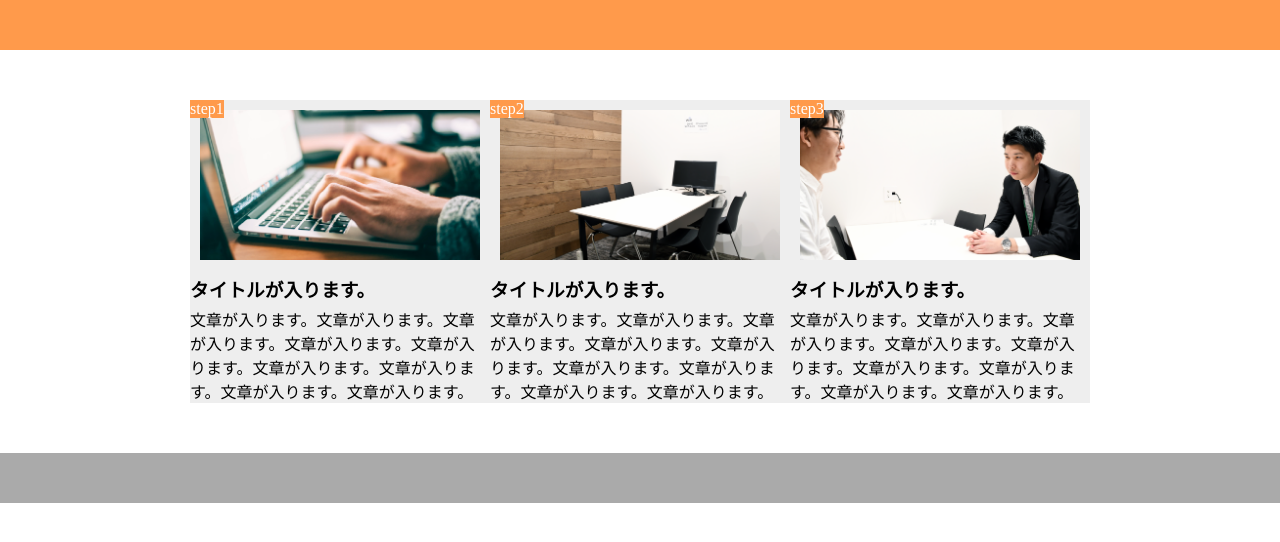
Repository: papisi-zu/book1
Page: exercises9/exercises9.html
The author's editor kept a record of every edit. The page is drawn from the files as they stood at one moment, then again after the next edit.
The browser window is 1280 px wide. The pictures show the whole page.

Above is the page before.

After the next edit:
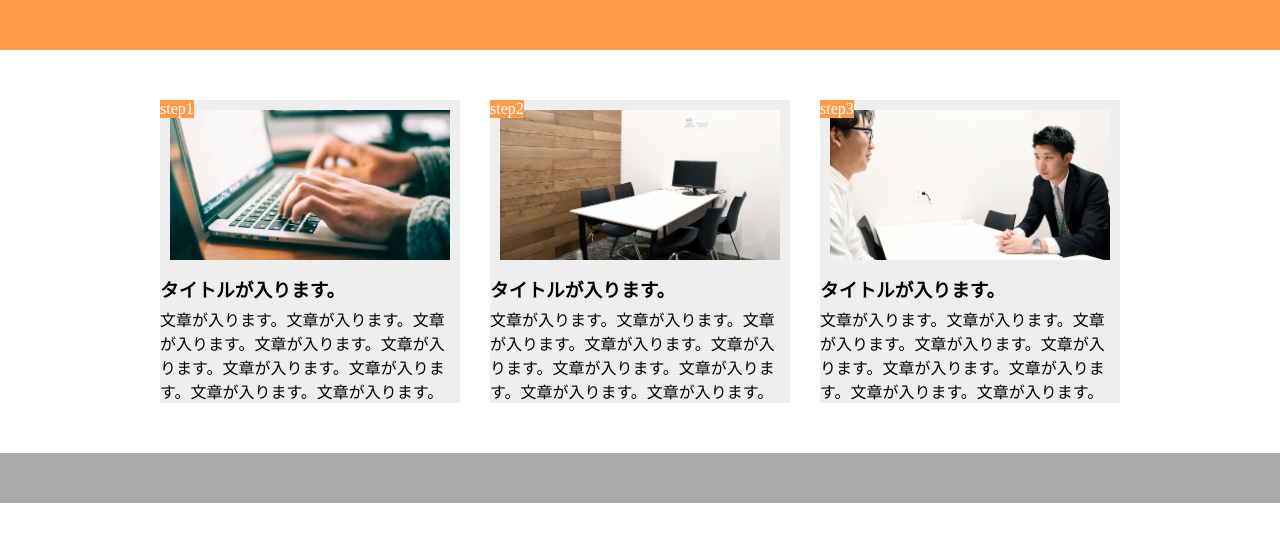
The edit:
--- a/exercises9/exercises9.css
+++ b/exercises9/exercises9.css
@@ -23,6 +23,11 @@
   background-color: #EEEEEE;
   position: relative;
   display: inline-block;
+  margin-right: 30px;
+}
+
+.main-box:nth-child(3) {
+  margin-right: 0;
 }
 
 .step {
